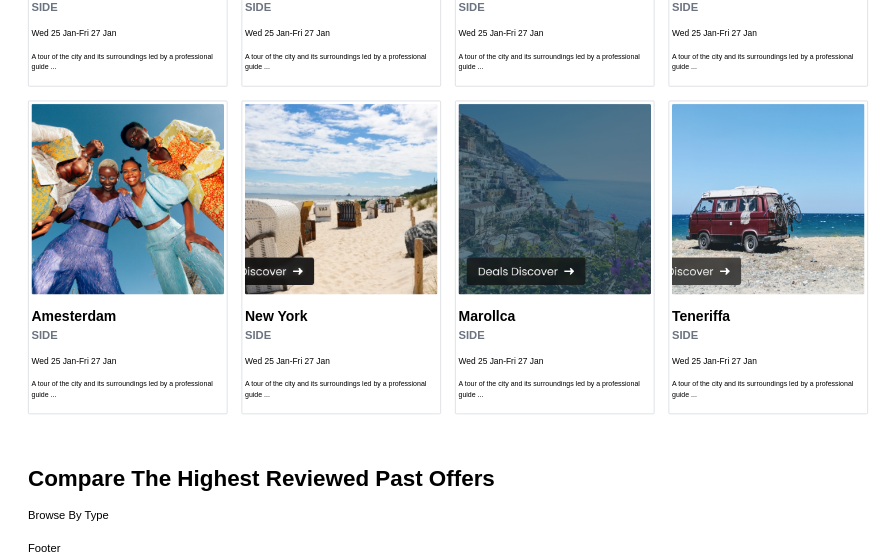
Repository: Quynhhuong150322/DIKO_STUDY_TRAVEL_WEB
Page: /
These files come from the project's save history. The page is drawn as it stood at one moment and after the next save; the edit follows.
The browser window is 1280 px wide. The pictures show the part of the page from y = 2484 to 4404 px (the page is 3280 px tall before and 4404 px after), at 70% of full size.
The project was rebuilt for these pictures with package versions that can differ from the ones it lists, and the page was loaded fresh each time. Also part of the build but not shown: src/components/Login.js, src/components/Register.js. Imported but missing from the stored project, and not drawn on this page: src/redux/slices/authSlice.

Above is the page before, as saved 2024-02-23 11:51:21.

### src/index.css
@tailwind base;
@tailwind components;
@tailwind utilities;

@import url("https://fonts.googleapis.com/css2?family=Poppins:wght@100;300;400;500;600&display=swap");

@layer base {
  html {
    font-family: "Poppins", sans-serif;
  }
  * {
    margin: 0;
    padding: 0;
    box-sizing: border-box;
    scroll-behavior: smooth;
    /* background-color: #F9F9F9; */
  }
}

@layer components {
  .max-container {
    max-width: 1260px;
    /* min-height: 100vh; */
    margin: 0 auto;
    padding: 0 30px;
    /* display: flex; */
    /* flex-direction: column; */
    justify-content: space-between;
  }
  .button {
    width: 189px;
    height: 40px;
    border-style: solid;
    border-width: 2px;
    border-color: #07689F;
    color: #07689F;
  }
  .tabMenu {
    width: 121px;
    height: 40px;
    color: #D9D9D9;
    border-style: solid;
    border-width: 2px;
    border-color: #D9D9D9;
    color: #D9D9D9;
    border-radius: 9999px;
  }
  .tabSearch {
    /* max-width: 1190px; */
    height: 56px;
    border-style: solid;
    border-width: 1px;
    border-color: #D9D9D9;
    padding: 0 16px;
    font-size: 12px;
  }

}

### src/App.js
import React from "react";
import Navbar from "./components/Navbar";
import Footer from "./components/Footer";
import AppRoutes from "./routes/AppRoutes";
import { BrowserRouter as Router } from "react-router-dom";

const App = () => {
  return (
    <Router>
      <div className="">
        <div className="max-container">
          <Navbar />
        </div>
        <div>
          <AppRoutes />
        </div>
        <div className="max-container">
          <Footer />
        </div>
      </div>
    </Router>
  );
};

export default App;

### src/redux/store.js
import { configureStore } from "@reduxjs/toolkit";
import authReducer from "./slices/authSlice";

export const store = configureStore({
  reducer: {
    users: authReducer,
  },
});

### src/components/Navbar.js
import React from 'react'
import Logo from '../assets/images/Header/Logo.png'
import EL from '../assets/images/Header/England.png'
import { FaRegQuestionCircle } from "react-icons/fa";
import { LuSearch } from "react-icons/lu";

const MenuData = [
    {
        id: 1,
        name: 'Trip',
    },
    {
        id: 2,
        name: '%Deals',
    },
    {
        id: 3,
        name: 'Hotel',
    },
    {
        id: 4,
        name: 'Flight',
    },
    {
        id: 5,
        name: 'Apartment',
    },
    {
        id: 6,
        name: 'Camper',
    },
]

const Navbar = () => {
    return (
        <div className='bg-neutral py-[24px]'>
            <div className="flex flex-col gap-10">
                {/* Header Section  */}
                <div className='flex gap-2 items-center'>
                    <img src={Logo} alt="" />
                    <div className='flex gap-7 items-center'>
                        <div className="flex gap-1 items-center">
                            <FaRegQuestionCircle className='text-primary' />
                            <img src={EL} alt="" className='w-7 h-7' />
                            {/* Search  */}
                            <div className="relative flex items-center">
                                <input
                                    type="text"
                                    placeholder="search"
                                    className="w-[605px] h-[32px] rounded-sm border border-gray-300 px-2 py-1 focus:outline-none focus:border-1 focus:border-primary"
                                />
                                <LuSearch className="text-gray-500 group-hover:text-primary absolute top-1/2 -translate-y-1/2 right-3 cursor-pointer" />
                            </div>
                        </div>
                        <div className='flex gap-2 items-center'>
                            <button className='button border-primary bg-neutral hover:scale-105 py-2 px-4 rounded-sm'>
                                Sing In
                            </button>
                            <button className='button border-primary bg-neutral hover:scale-105 py-2 px-4 rounded-sm'>
                                Register
                            </button>
                        </div>
                    </div>
                    <div>
                    </div>
                </div>
                {/* Upper Nav  */}
                <div className=''>
                    <div className=' '>
                        <ul className='flex justify-center gap-4'>
                            {
                                MenuData.map((data) => (
                                    <button key={data.id} className='text-pri tabMenu focus:bg-primary focus:text-white focus:font-bold focus:border-primary inline-block hover:text-primary' >
                                        {data.name}
                                    </button>
                                ))
                            }
                        </ul>
                    </div>
                </div>
            </div>
        </div>
    )
}

export default Navbar

### src/routes/AppRoutes.js
import React from "react";
import { Switch, Route } from "react-router-dom";
import Login from "../components/Login";
import Register from "../components/Register";
import Langding from "../pages/LangdingPage/Langding";
const AppRoutes = () => {
  return (
    <div>
      <Switch>
        <Route path="/login">
          <Login />
        </Route>
        <Route path="/register">
          <Register />
        </Route>
        <Route path="/" exact>
          <Langding />
        </Route>
        <Route path="*">
          <div className="">404 not Error...</div>
        </Route>
      </Switch>
    </div>
  );
};

export default AppRoutes;

### src/pages/LangdingPage/Langding.js
import React from 'react'
import Picture from '../../assets/images/LangdingPage/Picture.png'
import { LuHotel } from "react-icons/lu";
import { IoCalendarOutline } from "react-icons/io5";
import { SlArrowDown } from "react-icons/sl";
import { FiUserPlus } from "react-icons/fi";
import Img1 from "../../assets/images/LangdingPage/SpecialOffers/Photo 1.png";
import Img2 from "../../assets/images/LangdingPage/SpecialOffers/Photo 2.png"
import Img3 from "../../assets/images/LangdingPage/SpecialOffers/Photo 3.png"
import Img4 from "../../assets/images/LangdingPage/SpecialOffers/Photo 4.png"
import Img5 from "../../assets/images/LangdingPage/SpecialOffers/Photo 5.png"
import Img6 from "../../assets/images/LangdingPage/SpecialOffers/Photo 6.png"
import Img7 from "../../assets/images/LangdingPage/ExploreStays/Image1.jpg"
import Img8 from "../../assets/images/LangdingPage/ExploreStays/Image2.jpg"
import Img9 from "../../assets/images/LangdingPage/ExploreStays/Image3.jpg"
// import Img10 from "../../assets/images/LangdingPage/SpecialOffers/Photo 6.png"
// import Img11 from "../../assets/images/LangdingPage/SpecialOffers/Photo 6.png"



const BannerImg = {
  backgroundImage: `url(${Picture})`,
  backgroundPosition: "center",
  backgroundRepeat: "no-repeat",
  backgroundSize: "cover",
  height: "394px",
  width: "100%",
};
const ListMenu = [
  {
    id: 1,
    name: "All",
  },
  {
    id: 2,
    name: "Hotels",
  },
  {
    id: 3,
    name: "Flights",
  },
  {
    id: 4,
    name: "Multi",
  }
]

const ListImage = [
  {
    id: 1,
    img: Img1,
  },
  {
    id: 2,
    img: Img2,
  },
  {
    id: 3,
    img: Img3,
  },
  {
    id: 4,
    img: Img4,
  },
  {
    id: 5,
    img: Img5,
  },
  {
    id: 6,
    img: Img6,
  },
]
const ListCard = [
  {
    id: 1,
    img: Img1,
    location: "Berlin",
    side: "SIDE",
    time: "Wed 25 Jan-Fri 27 Jan",
    title: "A tour of the city and its surroundings led by a professional guide ..."
  },
  {
    id: 2,
    img: Img2,
    location: "Paris",
    side: "SIDE",
    time: "Wed 25 Jan-Fri 27 Jan",
    title: "A tour of the city and its surroundings led by a professional guide ..."

  },
  {
    id: 3,
    img: Img3,
    location: "Madrid",
    side: "SIDE",
    time: "Wed 25 Jan-Fri 27 Jan",
    title: "A tour of the city and its surroundings led by a professional guide ..."

  },
  {
    id: 4,
    img: Img4,
    location: "Barcelona",
    side: "SIDE",
    time: "Wed 25 Jan-Fri 27 Jan",
    title: "A tour of the city and its surroundings led by a professional guide ..."

  },
  {
    id: 5,
    img: Img5,
    location: "Rom",
    side: "SIDE",
    time: "Wed 25 Jan-Fri 27 Jan",
    title: "A tour of the city and its surroundings led by a professional guide ..."

  },
  {
    id: 6,
    img: Img6,
    location: "Milan",
    side: "SIDE",
    time: "Wed 25 Jan-Fri 27 Jan",
    title: "A tour of the city and its surroundings led by a professional guide ..."

  },
  {
    id: 7,
    img: Img7,
    location: "Istanbul",
    side: "SIDE",
    time: "Wed 25 Jan-Fri 27 Jan",
    title: "A tour of the city and its surroundings led by a professional guide ..."

  },
  {
    id: 8,
    img: Img8,
    location: "Dubai",
    side: "SIDE",
    time: "Wed 25 Jan-Fri 27 Jan",
    title: "A tour of the city and its surroundings led by a professional guide ..."

  },
  {
    id: 9,
    img: Img9,
    location: "Amesterdam",
    side: "SIDE",
    time: "Wed 25 Jan-Fri 27 Jan",
    title: "A tour of the city and its surroundings led by a professional guide ..."

  },
  {
    id: 10,
    img: Img1,
    location: "New York",
    side: "SIDE",
    time: "Wed 25 Jan-Fri 27 Jan",
    title: "A tour of the city and its surroundings led by a professional guide ..."

  },
  {
    id: 11,
    img: Img2,
    location: "Marollca",
    side: "SIDE",
    time: "Wed 25 Jan-Fri 27 Jan",
    title: "A tour of the city and its surroundings led by a professional guide ..."

  },
  {
    id: 12,
    img: Img3,
    location: "Teneriffa",
    side: "SIDE",
    time: "Wed 25 Jan-Fri 27 Jan",
    title: "A tour of the city and its surroundings led by a professional guide ..."

  },
]

const Langding = () => {
  return (
    <div >
      {/* Discover Trip  */}
      <div className=' background ' style={BannerImg}>
        <div className=' '>
          <h1 className='text-3xl w-1/3 font-bold text-white bg-opacity-0'>
            Discover Your Trip Worldwide !
          </h1>
          <div class="flex flex-row  bg-white">
            <div class="basis-1/4 tabSearch flex gap-9 items-center">
              <LuHotel className='text-primary' size={24} />
              <p className=''>
                Where Are you Going to?
              </p>
            </div>
            <div class="basis-1/4 tabSearch flex gap-6 items-center">
              <IoCalendarOutline size={24} className='text-primary' />
              <p className=''>
                Check In Date
              </p>
              <p className=''>
                Check Out Date
              </p>
            </div>
            <div class="basis-1/3 tabSearch flex gap-8 items-center">
              <FiUserPlus size={24} className='text-primary' />
              <p className=''>
                Adults 2
              </p>
              <p className=''>
                Children 3
              </p>
              <p className=''>
                Room
              </p>
              <SlArrowDown size={24} className='text-primary' />
            </div>
            <div class="basis-1/6  tabSearch bg-primary flex justify-center items-center">
              <p className='font-bold text-white'>Search</p>
            </div>
          </div>
        </div>
      </div>
      {/* Special Offers */}
      <div className='max-container py-6'>
        {/* checkbox  */}
        <div className='flex flex-col gap-6 py-6'>
          <h2 className='text-2xl font-bold'>Special Offers</h2>
          <div className='flex '>
            <div className='flex justify-center items-center gap-2'>
              {
                ListMenu.map((data) => (
                  <><input
                    type="checkbox"
                    className="w-[24px] h-[24px] border border-gray-300 px-2 py-1 focus:outline-none focus:border-1 focus:border-primary" />
                    <label for="checkbox" className='text-base'>{data.name}</label>
                  </>
                ))
              }
            </div>
          </div>
        </div>
        {/* image  */}
        <div>
          <div className='grid grid-cols-3 gap-2'>
            {
              ListImage.map((data) => (
                <img src={data.img} alt="" className='w-full h-full' />
              ))
            }
          </div>
        </div>
      </div>

      {/* Explore Stays In Trending Destinations  */}
      <div className='max-container py-6'>
        <div className='flex flex-col gap-4 py-6'>
          <h2 className='text-2xl font-bold'>Explore Stays In Trending Destinations</h2>
          <p>Find Hot Stays!</p>
        </div>
        {/* ImageCard */}
        <div className='grid grid-cols-4 place-items-center gap-5 '>
          {
            ListCard.map((data) => (
              <div className='flex flex-col gap-4 border rounded-sm border-gray-300 p-1'>
                <img src={data.img} alt="" className=' h-[272px] w-full object-cover rounded-sm'>
                </img>
                <div className='flex flex-col gap-4 pb-4'>
                  <div className=''>
                    <p className='text-xl font-semibold'>{data.location}</p>
                    <p className='text-base text-gray-500/100 font-semibold'>{data.side}</p>
                  </div>
                  <p className='text-sm font-medium'>{data.time}</p>
                  <p className='text-l font-light'>{data.title}</p>
                </div>
              </div>
            ))
          }
          <div className=''>
          </div>
        </div>
      </div>
      <div className='max-container '>
        <div className='flex flex-col gap-4 py-6'>
          <h2 className='text-2xl font-bold'>Compare The Highest Reviewed Past Offers </h2>
          <p>Browse By Type</p>
        </div>
      </div>
    </div>
  )
}

export default Langding

### tailwind.config.js
/** @type {import('tailwindcss').Config} */
module.exports = {
  content: ["./src/**/*.{js,jsx,ts,tsx}"],
  theme: {
    extend: {
      colors: {
        primary: "#07689F",
        secondary: "#D9D9D9",
        neutral: "#F9F9F9",
        pri: "#A6A6A6",
      },
      fontSize: {
        sm: '12px',
        base: '16px',
        'l': '10px',
        xl: '20px',
        '2xl': '32px',
        '3xl': '40px',
        '4xl': '44px',
        // '5xl': '3.052rem',
      },
    },
  },
  plugins: [],
};

Loaded but not shown: public/index.html (common file); src/index.js (common file); src/reportWebVitals.js (common file); src/components/Footer.js (common file)

After the next save:
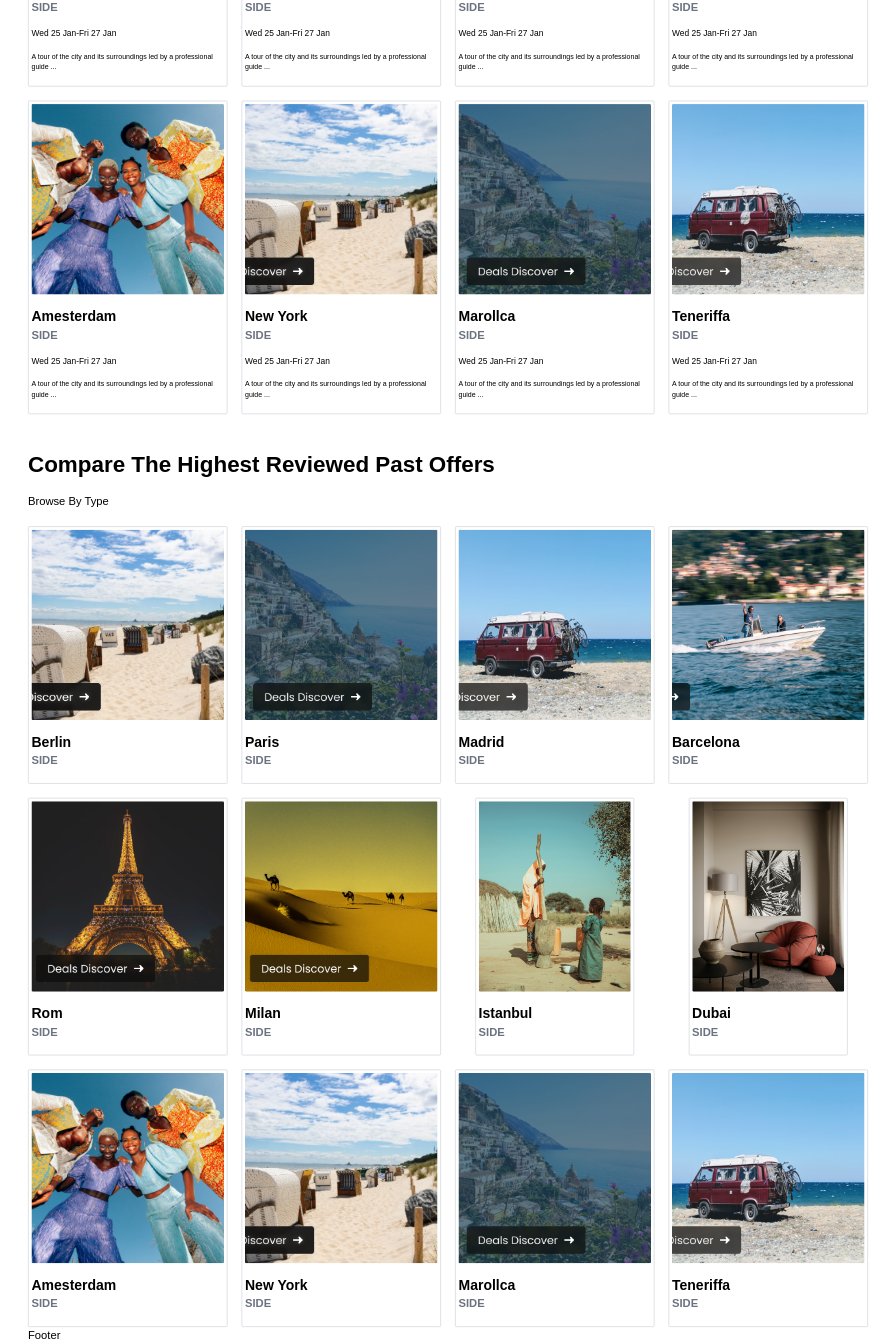
Saved 73 s later.
--- a/src/pages/LangdingPage/Langding.js
+++ b/src/pages/LangdingPage/Langding.js
@@ -280,8 +280,6 @@ const Langding = () => {
               </div>
             ))
           }
-          <div className=''>
-          </div>
         </div>
       </div>
       <div className='max-container '>
@@ -289,6 +287,24 @@ const Langding = () => {
           <h2 className='text-2xl font-bold'>Compare The Highest Reviewed Past Offers </h2>
           <p>Browse By Type</p>
         </div>
+        <div className='grid grid-cols-4 place-items-center gap-5 '>
+          {
+            ListCard.map((data) => (
+              <div className='flex flex-col gap-4 border rounded-sm border-gray-300 p-1'>
+                <img src={data.img} alt="" className=' h-[272px] w-full object-cover rounded-sm'>
+                </img>
+                <div className='flex flex-col gap-4 pb-4'>
+                  <div className=''>
+                    <p className='text-xl font-semibold'>{data.location}</p>
+                    <p className='text-base text-gray-500/100 font-semibold'>{data.side}</p>
+                  </div>
+                  {/* <p className='text-sm font-medium'>{data.time}</p> */}
+                  {/* <p className='text-l font-light'>{data.title}</p> */}
+                </div>
+              </div>
+            ))
+          }
+        </div>
       </div>
     </div>
   )
